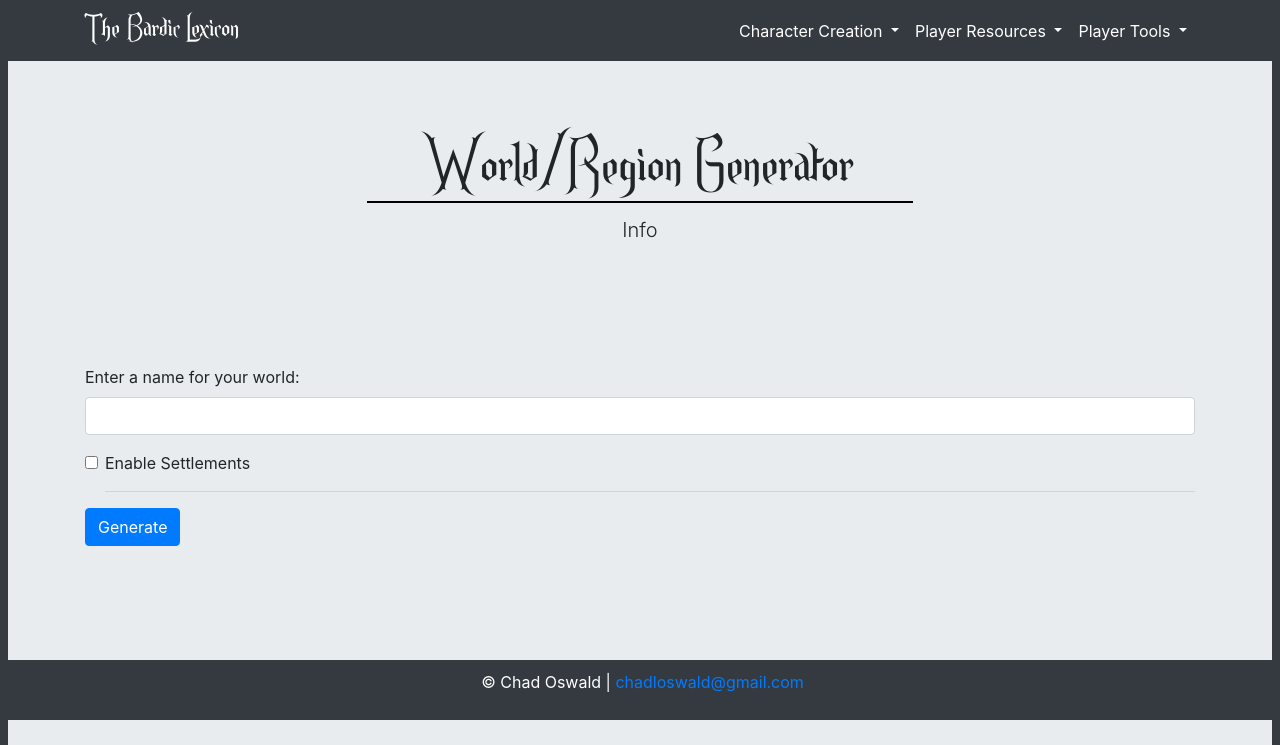
Repository: ChaidGPT/TheBardicLexicon
Page: playerTools/worldGenerator.html
An editor plug-in stored every save of this project. The page is shown before and after the next save, followed by the edit.
The browser window is 1280 px wide. The pictures show the whole page.

Above is the page before, as saved 2024-02-06 18:45:25.

### playerTools/worldGenerator.html
<!DOCTYPE html>
<html lang="en">

<head>
  <meta charset="utf-8" />
  <meta name="viewport" content="width=device-width, initial-scale=1" />
  <title>World Generator</title>
  <link rel="stylesheet" href="https://cdn.jsdelivr.net/npm/bootstrap@4.3.1/dist/css/bootstrap.min.css"
    integrity="sha384-ggOyR0iXCbMQv3Xipma34MD+dH/1fQ784/j6cY/iJTQUOhcWr7x9JvoRxT2MZw1T" crossorigin="anonymous" />
  <link rel="stylesheet" href="../style.css" />
</head>

<body>
  <header class="header-top">
    <nav class="navbar navbar-expand-lg fixed-top">
      <div class="container">
        <a class="navbar-brand navMonsterName" href="../index.html">The Bardic Lexicon</a>
        <button class="navbar-toggler navbar-dark" type="button" data-toggle="collapse" data-target="#navbarNavDropdown"
          aria-controls="navbarNavDropdown" aria-expanded="false" aria-label="Toggle navigation">
          <span class="navbar-toggler-icon"></span>
        </button>
        <div class="collapse navbar-collapse" id="navbarNavDropdown">
          <ul class="navbar-nav ml-auto nav justify-content-end">
            <li class="nav-item dropdown">
              <a class="nav-link dropdown-toggle" href="#" id="navbarCharacter" role="button" data-toggle="dropdown"
                aria-haspopup="true" aria-expanded="false">
                Character Creation
              </a>
              <div class="dropdown-menu" aria-labelledby="navbarCharacter">
                <a class="dropdown-item" href="../playerResources/races.html">Races</a>
                <a class="dropdown-item" href="../playerResources/classes.html">Classes</a>
                <a class="dropdown-item" href="../playerResources/personality.html">Personality & Inspiration</a>
                <a class="dropdown-item" href="../playerResources/background.html">Character Backgrounds</a>
              </div>
            </li>
            <li class="nav-item dropdown">
              <a class="nav-link dropdown-toggle" href="#" id="navbarResources" role="button" data-toggle="dropdown"
                aria-haspopup="true" aria-expanded="false">
                Player Resources
              </a>
              <div class="dropdown-menu" aria-labelledby="navbarResources">
                <h6 class="dropdown-header">Items</h6>
                <a class="dropdown-item" href="../playerResources/gear.html">Adventuring Gear</a>
                <a class="dropdown-item" href="../playerResources/equipment.html">Equipment</a>
                <div class="dropdown-divider"></div>
                <h6 class="dropdown-header">Magic</h6>
                <a class="dropdown-item" href="../playerResources/spells.html">Spells</a>
                <div class="dropdown-divider"></div>
                <h6 class="dropdown-header">Inhabitants of the Realms</h6>
                <a class="dropdown-item" href="../playerResources/bestiary.html">Bestiary</a>
                <a class="dropdown-item" href="../playerResources/gods.html">Gods & Deities</a>
              </div>
            </li>
            <li class="nav-item dropdown">
              <a class="nav-link dropdown-toggle" href="#" id="navbarDropdown" role="button" data-toggle="dropdown"
                aria-haspopup="true" aria-expanded="false">
                Player Tools
              </a>
              <div class="dropdown-menu" aria-labelledby="navbarDropdown">
                <a class="dropdown-item" href="../playerTools/charSheet.html">Character Sheet</a>
                <a class="dropdown-item" href="../playerTools/dice.html">Dice Roll Generator</a>
                <div class="dropdown-divider"></div>
                <a class="dropdown-item" href="#">More</a>
              </div>
            </li>
          </ul>
        </div>
      </div>
    </nav>
  </header>

  <div class="container" id="monsterPage">
    <div class="container-fluid px-4 py-5 my-5 text-center">
      <h1 class="display-5 fw-bold contentsPageName">
        World/Region Generator
      </h1>
      <div>
        <div class="horizontal-line"></div>
        <p class="lead mb-4">Info</p>
      </div>
    </div>

    <div class="container mt-5 text-left">

      <!-- Start World Generator Form -->

      <form id="worldForm" class="mb-4">

        <!-- Start World Name Field -->
        <div class="form-group">
          <label for="worldName">Enter a name for your world:</label>
          <input type="text" class="form-control" id="worldName" autocomplete="off"/>
        </div>
        <!-- End World Name Field -->


        <!-- Start Settlement Options -->
        <div class="form-group">
          <div class="form-check">
            <input class="form-check-input" type="checkbox" id="enableSettlements" data-toggle="collapse"
              data-target="#settlementOptions" />
            <label class="form-check-label" for="enableSettlements">Enable Settlements</label>
            <hr>
          </div>

          <!-- Add the 'collapse' class to the following div -->
          <div id="settlementOptions" class="collapse">

            <!-- Wrap both settlement options in a common container -->
            <div class="container">

              <!-- Number of Settlements -->
              <div>
                <label for="settlements">Number of Settlements:</label>
                <select class="form-control" id="settlements"
                  title="How many different settlements should be generated?" disabled>
                  <option value="random">Random</option>
                  <option value="1">1</option>
                  <option value="2">2</option>
                  <option value="3">3</option>
                  <option value="4">4</option>
                  <option value="5">5</option>
                  <option value="6">6</option>
                  <option value="7">7</option>
                  <option value="8">8</option>
                  <option value="9">9</option>
                  <option value="10">10</option>
                  <option value="11">11</option>
                  <option value="12">12</option>
                  <option value="13">13</option>
                  <option value="14">14</option>
                  <option value="15">15</option>
                  <option value="16">16</option>
                  <option value="17">17</option>
                  <option value="18">18</option>
                  <option value="19">19</option>
                  <option value="20">20</option>
                  <option value="21">21</option>
                  <option value="22">22</option>
                  <option value="23">23</option>
                  <option value="24">24</option>
                  <option value="25">25</option>
                  <option value="26">26</option>
                  <option value="27">27</option>
                  <option value="28">28</option>
                  <option value="29">29</option>
                  <option value="30">30</option>
                </select>
              </div>

              <!-- Number of Settlement Points of Interest -->
              <div>
                <label for="settlementPOI">Number of Settlement Points of Interest:</label>
                <select class="form-control" id="settlementPOI"
                  title="How many Points of Interest will exist in each settlement?" disabled>
                  <option value="random">Random</option>
                  <option value="0">0</option>
                  <option value="1">1</option>
                  <option value="2">2</option>
                  <option value="3">3</option>
                  <option value="4">4</option>
                  <option value="5">5</option>
                  <option value="6">6</option>
                  <option value="7">7</option>
                  <option value="8">8</option>
                  <option value="9">9</option>
                  <option value="10">10</option>
                  <option value="11">11</option>
                  <option value="12">12</option>
                  <option value="13">13</option>
                  <option value="14">14</option>
                  <option value="15">15</option>
                  <option value="16">16</option>
                  <option value="17">17</option>
                  <option value="18">18</option>
                  <option value="19">19</option>
                  <option value="20">20</option>
                  <option value="21">21</option>
                  <option value="22">22</option>
                  <option value="23">23</option>
                  <option value="24">24</option>
                  <option value="25">25</option>
                </select>
              </div>

              <div>
                <label for="races">Diversity of Inhabitants:</label>
                <select class="form-control" id="races"
                  title="How many different races of beings will live in your settlements?" disabled>
                  <option value="random">Random</option>
                  <option value="Uninhabited">Uninhabited</option>
                  <option value="1">1</option>
                  <option value="2">2</option>
                  <option value="3">3</option>
                  <option value="4">4</option>
                  <option value="5">5</option>
                  <option value="6">6</option>
                  <option value="7">7</option>
                  <option value="8">8</option>
                  <option value="9">9</option>
                  <option value="10">10</option>
                  <option value="11">11</option>
                  <option value="12">12</option>
                  <option value="13">13</option>
                  <option value="14">14</option>
                  <option value="15">15</option>
                  <option value="16">16</option>
                  <option value="17">17</option>
                  <option value="18">18</option>
                  <option value="19">19</option>
                  <option value="20">20</option>
                  <option value="21">21</option>
                  <option value="22">22</option>
                  <option value="23">23</option>
                  <option value="24">24</option>
                  <option value="25">25</option>
                  <option value="26">26</option>
                  <option value="27">27</option>
                  <option value="28">28</option>
                  <option value="29">29</option>
                  <option value="30">30</option>
                  <option value="31">31</option>
                  <option value="32">32</option>
                  <option value="33">33</option>
                  <option value="34">34</option>
                  <option value="35">35</option>
                  <option value="36">36</option>
                  <option value="37">37</option>
                  <option value="38">38</option>
                  <option value="39">39</option>
                  <option value="40">40</option>
                  <option value="41">41</option>
                  <option value="42">42</option>
                  <option value="43">43</option>
                  <option value="44">44</option>
                  <option value="45">45</option>
                  <option value="46">46</option>
                  <option value="47">47</option>
                  <option value="48">48</option>
                  <option value="49">49</option>
                  <option value="50">50</option>
                </select>
              </div>

            </div>
          </div>

        </div>
        <!-- End Settlement Options -->




        <!-- Start Template Options -->
        <div class="form-group">
          <div class="form-check">
            <input class="form-check-input" type="checkbox" id="enableTemplate" data-toggle="collapse"
              data-target="#templateOptions" style="display: none;" />
            <label class="form-check-label" for="enableTemplate" style="display: none;">Enable Template</label>
          </div>

          <div id="templateOptions" class="collapse">

            <div class="template-options-container">

              <label for="template">Number of Templates:</label>
              <select class="form-control" id="template" disabled>
                <option value="0">0</option>
                <option value="1">1</option>
                <option value="2">2</option>
                <option value="3">3</option>
                <option value="4">4</option>
                <option value="5">5</option>
                <!-- Add more options as needed -->
              </select>
            </div>

            <!-- Number of Points of Interest -->
            <div class="form-group">
              <label for="templatePOI">Number of Template Points of Interest:</label>
              <select class="form-control" id="templatePOI" disabled>
                <option value="0">0</option>
                <option value="1">1</option>
                <option value="2">2</option>
                <option value="3">3</option>
                <option value="4">4</option>
                <option value="5">5</option>
                <!-- Add more options as needed -->
              </select>
            </div>

          </div>
        </div>
        <!-- End Template Options -->

        <!-- Submit Button -->
        <button type="submit" class="btn btn-primary">Generate</button>
      </form>

      <!-- End World Generator Form -->

      <div id="generatedContent"></div>

    </div>
  </div>

  <footer class="page-footer font-small blue fixed-bottom">
    <p>
      &copy; Chad Oswald |
      <a href="mailto:chadloswald@gmail.com">chadloswald@gmail.com</a>
    </p>
  </footer>

  <script src="https://code.jquery.com/jquery-3.3.1.slim.min.js"
    integrity="sha384-q8i/X+965DzO0rT7abK41JStQIAqVgRVzpbzo5smXKp4YfRvH+8abtTE1Pi6jizo"
    crossorigin="anonymous"></script>
  <script src="https://cdn.jsdelivr.net/npm/popper.js@1.14.7/dist/umd/popper.min.js"
    integrity="sha384-UO2eT0CpHqdSJQ6hJty5KVphtPhzWj9WO1clHTMGa3JDZwrnQq4sF86dIHNDz0W1"
    crossorigin="anonymous"></script>
  <script src="https://cdn.jsdelivr.net/npm/bootstrap@4.3.1/dist/js/bootstrap.min.js"
    integrity="sha384-JjSmVgyd0p3pXB1rRibZUAYoIIy6OrQ6VrjIEaFf/nJGzIxFDsf4x0xIM+B07jRM"
    crossorigin="anonymous"></script>
  <script>
    $(function () {
      $('[data-toggle="tooltip"]').tooltip();
    });
  </script>
  <script src="worldGenerator.js"></script>
</body>

</html>

### style.css
@font-face {
  font-family: 'endor';
  src: url('endor.ttf') format('truetype');
}

html {
  border-left: 8px solid #343a40;
  border-right: 8px solid #343a40;
  min-height: 100%;
}

.header-top {
  position: relative;
  z-index: 10;
}

/* CSS for header */
.navbar {
  background-color: #343a40;
  color: #fff;
}

.navbar .navbar-brand {
  color: #fff;
}

.navbar .navbar-brand:hover {
  color: lightgrey;
}

.navbar .nav-link {
  color: #fff;
}

.navbar .nav-link:hover {
  color: lightgrey;
}

nav .navbar-toggler-icon {
  color: #fff;
}

body {
  background-color: #e9ecef;
  padding: 25px 0 0 0;
}

.beast-thumbnail {
  width: auto;
  max-height: 150px;
}

.bestiary-figure {
  border: 2px transparent solid;
  background-color: #fff;
}

.bestiary-figure:hover {
  border: 2px black solid;
}

/* CSS for footer */
footer {
  background-color: #343a40;
  color: #fff;
  padding: 10px;
  margin: 30px 0 0 0;
  display: flex;
  justify-content: center;
  align-items: center;
  border-left: 5px solid #343a40;
}

.goBackBtn {
  position: absolute;
  top: 65px;
  left: 13px;

  padding: .25rem .4rem;
  font-size: .875rem;
  line-height: .5;
  border-radius: .2rem;
}

.jumbotron {
  text-align: center;
  margin-bottom: 100px;
  min-height: 500px;

  h1, p {
    text-align: left;
  }
}

/* .card {
  padding: 20px;
  border: 2px lightgray solid;
  border-radius: 5%;
  max-width: 85%;
  margin: 30px auto;
} */

#monsterPage {
  padding: 20px 0px 150px 0px;
  min-height: 100vh;
  justify-content: center;
  align-items: center;
  text-align: center;
}

.monsterName {
  font-family: 'endor';
  padding-top: 20px;
  padding-bottom: 10px;
  text-align: center;
}

.navMonsterName {
  font-family: 'endor';
  /* padding-top: 20px; */
  padding-bottom: 10px;
}

.contentsPageName {
  font-family: 'endor';
}

a.list-group-flush.border-0 {
  padding-left: 20px;
}

.monsterImageContainer {
  display: flex;
  justify-content: center;
  margin: 0 0 10px 0;
}

.monsterImageContainer img {
  border: 2px black solid;
  border-radius: 5%;
  background-color: #D0C6B1;
  max-width: 300px;
  transition: transform 0.3s ease;
}

#collapseStats {
  border: 2px lightgray solid;
  border-radius: 5%;
  margin: 30px auto;
  padding: 5px 15px;
  background-color: white;
  max-width: 500px;
}

#collapseStats p {
  text-align: left;
}

#collapseStats2 {
  border: 2px lightgray solid;
  margin: 30px auto;
  padding: 5px 15px;
  background-color: white;
  max-width: 500px;
}

#collapseStats2 p {
  text-align: left;
}

#collapseLore {
  border: 2px lightgray solid;
  margin: 30px auto;
  padding: 5px 15px;
  background-color: white;
  max-width: 500px;
}

#collapseLore p {
  text-align: left;
}

li {
  text-align: left;
}

.tableContainer {
  display: flex;
  justify-content: center;
  border-radius: 10px;
}

table {
  border-collapse: collapse;
  width: 300px;
}

.tg {
  border-collapse: collapse;
  border-spacing: 0;
}

.tg td {
  border-color: black;
  border-style: solid;
  border-width: 1px;
  font-family: Arial, sans-serif;
  font-size: 14px;
  overflow: hidden;
  padding: 10px 5px;
  word-break: normal;
}

.tg th {
  border-color: black;
  border-style: solid;
  border-width: 1px;
  font-family: Arial, sans-serif;
  font-size: 14px;
  font-weight: normal;
  overflow: hidden;
  padding: 10px 5px;
  word-break: normal;
}

.tg .tg-uqo3 {
  background-color: #efefef;
  text-align: center;
  vertical-align: top
}

.tg .tg-yj5y {
  background-color: #efefef;
  border-color: inherit;
  text-align: center;
  vertical-align: top
}

.tg .tg-34fe {
  background-color: #c0c0c0;
  border-color: inherit;
  text-align: center;
  vertical-align: top
}


.tg  {border-collapse:collapse;border-spacing:0;}
.tg td{border-color:black;border-style:solid;border-width:1px;font-family:Arial, sans-serif;font-size:14px;
  overflow:hidden;padding:10px 5px;word-break:normal;}
.tg th{border-color:black;border-style:solid;border-width:1px;font-family:Arial, sans-serif;font-size:14px;
  font-weight:normal;overflow:hidden;padding:10px 5px;word-break:normal;}
.tg .tg-f5e1{background-color:#efefef;border-color:#000000;color:#c0c0c0;text-align:center;vertical-align:top}
.tg .tg-yj5y{background-color:#efefef;border-color:inherit;text-align:center;vertical-align:top}
.tg .tg-34fe{background-color:#c0c0c0;border-color:inherit;text-align:center;vertical-align:top}
.tg .tg-kftd{background-color:#efefef;text-align:left;vertical-align:top}



.bold-text {
  font-weight: bold;
}

.underline-text {
  text-decoration: underline;
}

.horizontal-line {
  border-top: 2px solid black;
  width: 50%;
  margin: 12px auto;
  display: flex;
  justify-content: center;
  align-items: center;

  @media screen and (max-width: 786) {
    width: 80%;
    margin: 10px auto;
  }

  @media screen and (max-width: 480px) {
    width: 80%;
    margin: 10px auto;
  }
}

.light-horizontal-line {
  border-top: 1px solid lightgray;
  width: 50%;
  margin: 12px auto;
  display: flex;
  justify-content: center;
  align-items: center;

  @media screen and (max-width: 786) {
    width: 80%;
    margin: 10px auto;
  }

  @media screen and (max-width: 480px) {
    width: 80%;
    margin: 10px auto;
  }
}

/* Monster Page Specific */

.monsterBtn {
  margin: 5px;
  font-family: 'spindles';
}

.critical-failure {
  color: red;
  font-weight: bold;
}

.critical-success {
  color: green;
  font-weight: bold;
}

.attributeForm {
  max-width: 50px;
}

#characterPage {
  padding: 50px 15px 150px 15px;
  min-height: 100vh;
  justify-content: center;
  align-items: center;
}

/* Character Sheet Specific */

.attributes {
  border: 2px solid black;
  padding: 5px;
  max-width: auto;
}

/* Dice page stuff */

.diceBtn {
  margin: 5px;
}

.diceP {
  margin: 0;
}

.diceForm {
  padding-top: 17px;
}

.menuBox {
  background-color: white;
  margin-bottom: 50px;
}

.personalityAccordian {
  margin-bottom: 150px;
}

.godSymbol {
  max-width: 150px;
  margin: 15px;
}


#printButton {
  display: none;
}

Loaded but not shown: playerTools/worldGenerator.js (731 lines, source omitted)

After the next save:
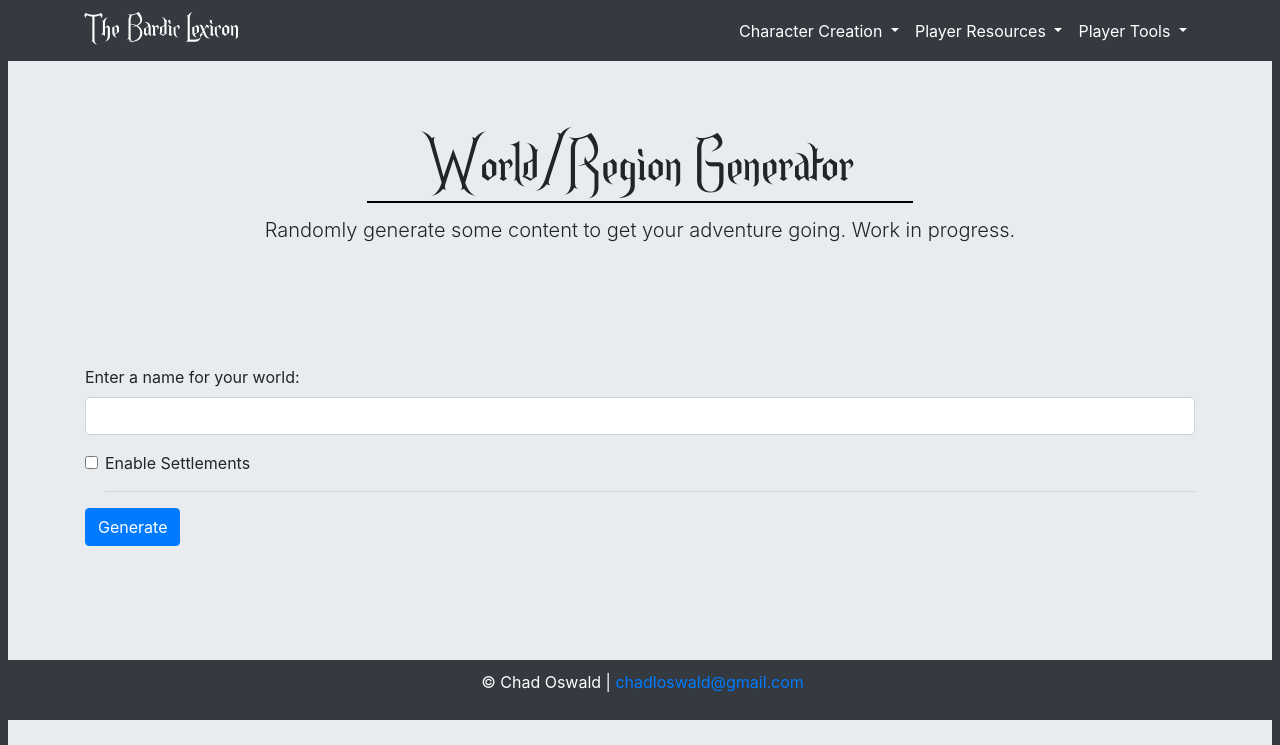
Saved 94 s later.
--- a/playerTools/worldGenerator.html
+++ b/playerTools/worldGenerator.html
@@ -76,7 +76,7 @@
       </h1>
       <div>
         <div class="horizontal-line"></div>
-        <p class="lead mb-4">Info</p>
+        <p class="lead mb-4">Randomly generate some content to get your adventure going. Work in progress.</p>
       </div>
     </div>
 
